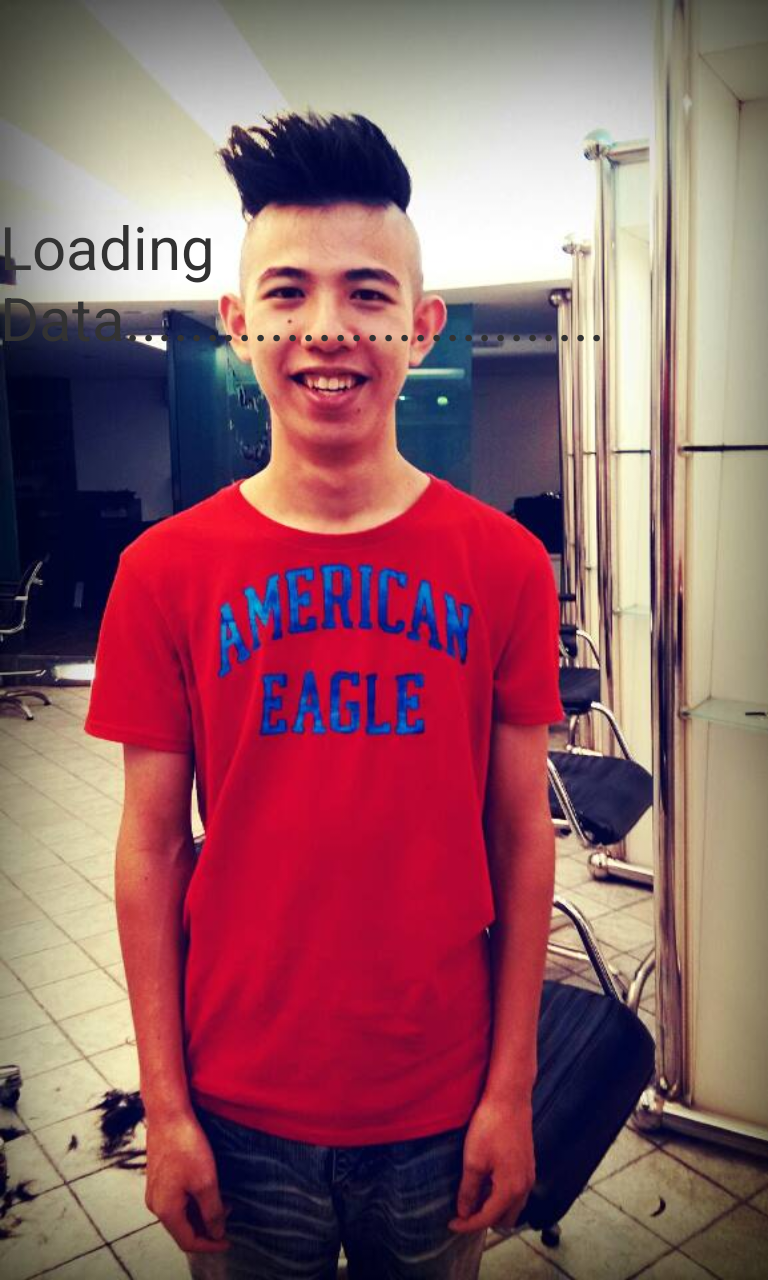
Repository: gt212345/p4p-android
Layout: p4p-android/res/layout/activity_welcome.xml
An editor plug-in stored every save of this project. The layout is shown before and after the next save, followed by the edit.
It is drawn on a 768 x 1280 px phone screen (xhdpi) without system bars, with theme AppTheme; the app's code is not run.

Above is the layout before, as saved 2014-05-24 11:39:56.

After the next save:
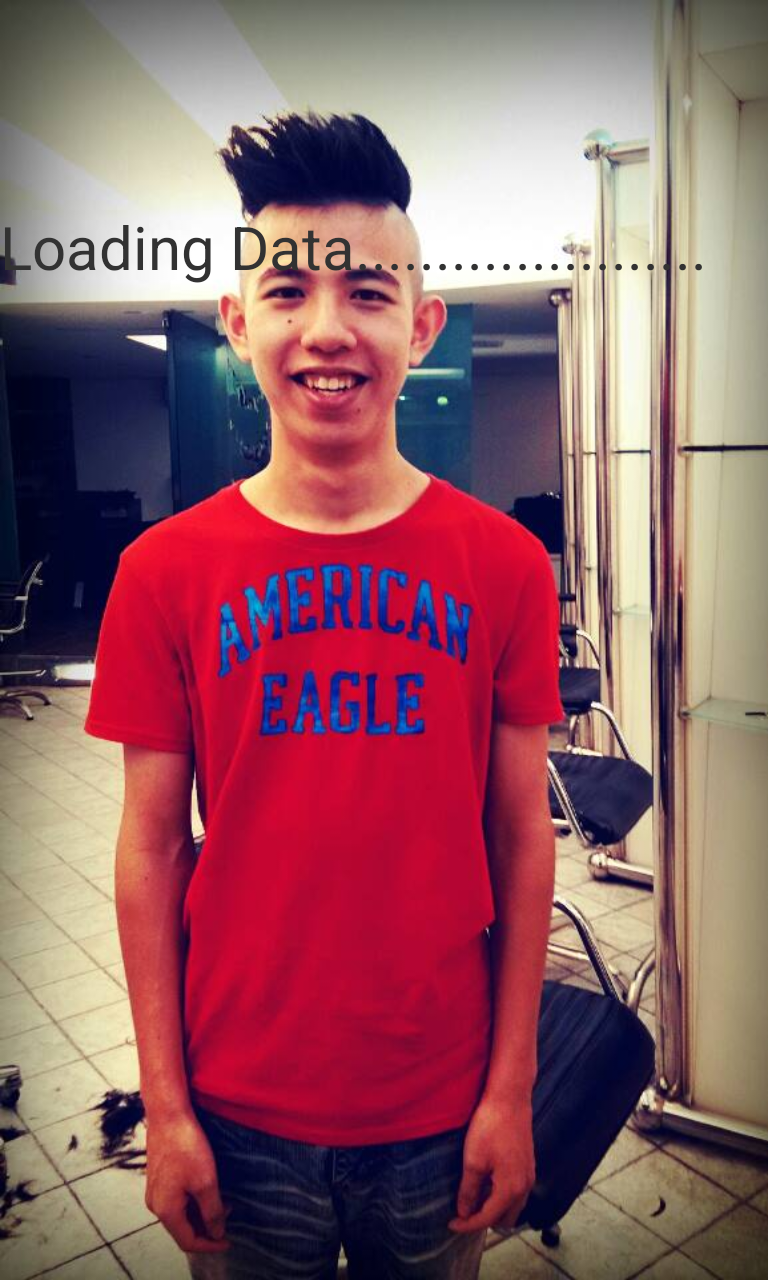
Saved 10 s later.
--- a/p4p-android/res/layout/activity_welcome.xml
+++ b/p4p-android/res/layout/activity_welcome.xml
@@ -14,6 +14,6 @@
         android:layout_alignParentTop="true"
         android:layout_marginTop="103dp"
         android:textSize="30dp"
-        android:text="Loading Data.............................." />
+        android:text="Loading Data......................" />
 
 </RelativeLayout>
